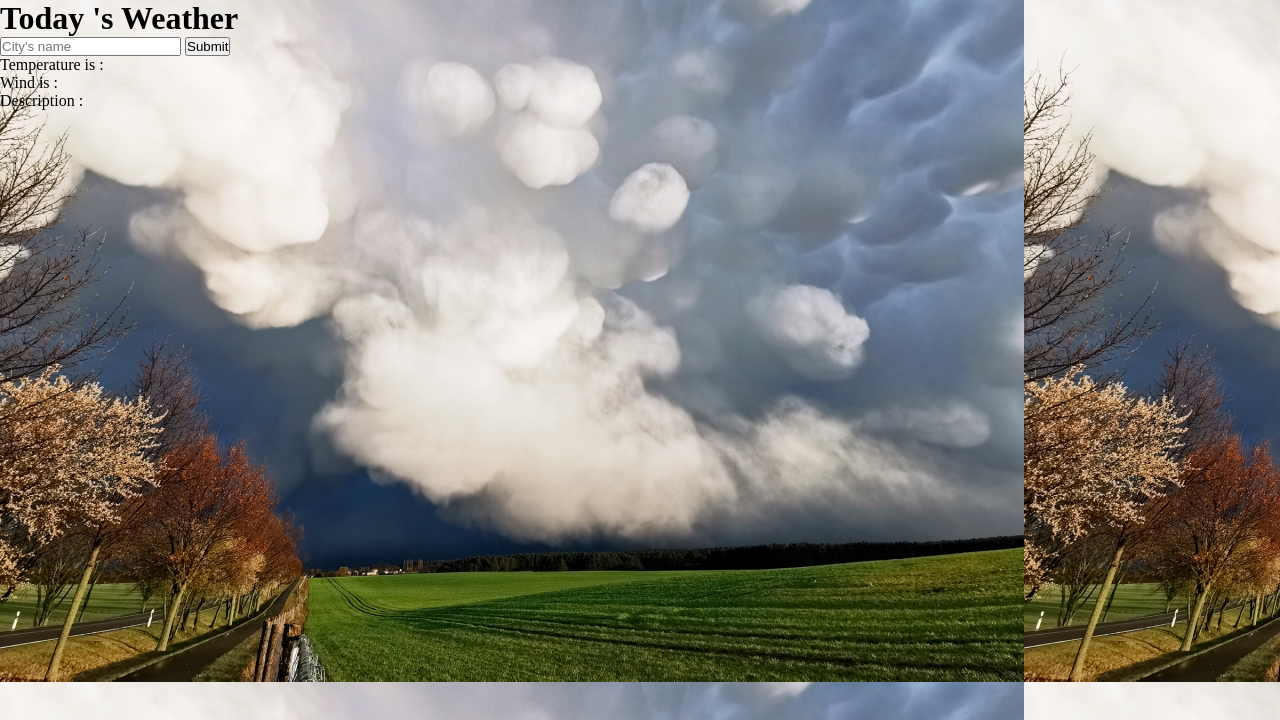
Repository: heartbreathing/searchWeather
Page: index.html
The author's editor kept a copy of each file at every save. The page is drawn from the files as they stood at one save, then again after the next save.
The browser window is 1280 px wide. The pictures show the whole page.

Above is the page before, as saved 2022-11-06 22:29:27.

After the next save:
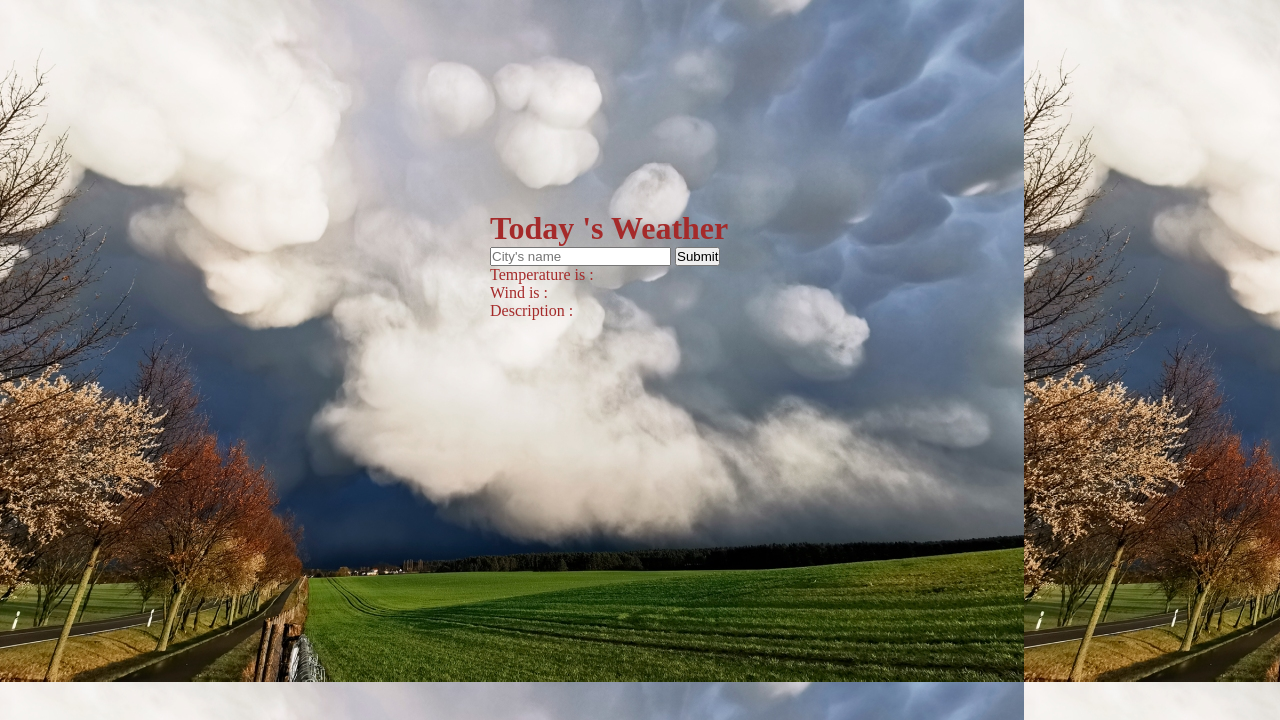
Saved 10 s later.
--- a/index.css
+++ b/index.css
@@ -5,7 +5,7 @@
 }
 body {
     background-image: url(./image/background_image.jpg) ; */
-    /* font-family: 'Lucida Sans', 'Lucida Sans Regular', 'Lucida Grande', 'Lucida Sans Unicode', Geneva, Verdana, sans-serif ;
+    font-family: 'Lucida Sans', 'Lucida Sans Regular', 'Lucida Grande', 'Lucida Sans Unicode', Geneva, Verdana, sans-serif ;
     color: brown;
 }
 .content {
